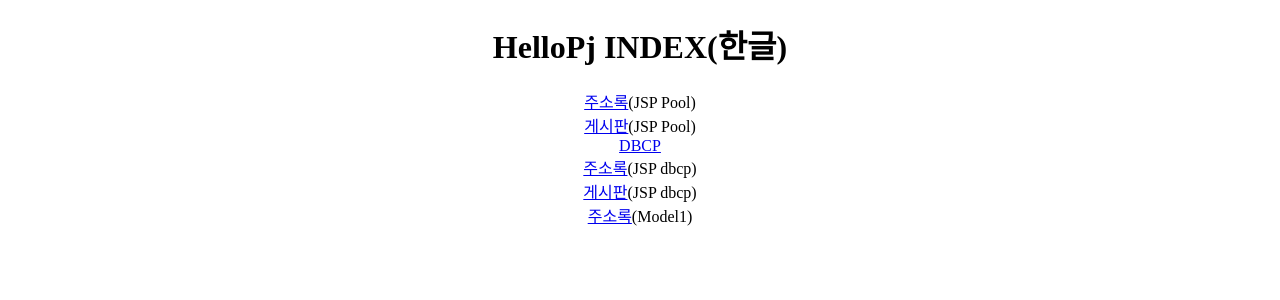
Repository: betweenhj702/Web-App-Server-Practices
Page: http://localhost/HelloPj/
These files come from the project's save history. The page is drawn as it stood at one moment and after the next save; the edit follows.
The browser window is 1280 px wide. The pictures show the whole page.
The page is served by Tomcat 9. Other server files are loaded and not shown.

Above is the page before, as saved 2020-12-30 01:46:03.

### workspace/HelloPj/WebContent/index.jsp
<%@ page language="java" contentType="text/html; charset=UTF-8"
    pageEncoding="UTF-8"%>
<!DOCTYPE html>
<html>
<head>
<meta charset="UTF-8">
<title>HelloPJ index</title>
</head>
<body>
	<div style="text-align:center">
		   <h1>HelloPj INDEX(한글)</h1>
		   <p>
		   	<a href="addr_jsp_pool/list.jsp">주소록</a>(JSP Pool)<br/>
		   	<a href="sm_jsp_pool/list.jsp">게시판</a>(JSP Pool)<br/>
		   	<a href="hello_dbcp.jsp">DBCP</a><br/>
		   	<a href="addr_jsp_dbcp/list.jsp">주소록</a>(JSP dbcp)<br/>
		   	<a href="sm_jsp_dbcp/list.jsp">게시판</a>(JSP dbcp)<br/>

		   	<a href="addr_mv/list.jsp">주소록</a>(Model1)<br/>
		   </p>
		</div>
</body>
</html>

After the next save:
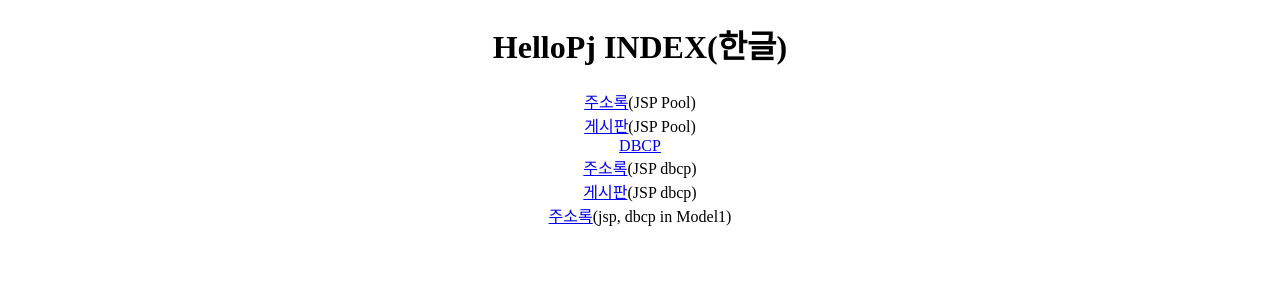
Saved 3 min 7 s later.
--- a/workspace/HelloPj/WebContent/index.jsp
+++ b/workspace/HelloPj/WebContent/index.jsp
@@ -16,7 +16,7 @@
 		   	<a href="addr_jsp_dbcp/list.jsp">주소록</a>(JSP dbcp)<br/>
 		   	<a href="sm_jsp_dbcp/list.jsp">게시판</a>(JSP dbcp)<br/>
 
-		   	<a href="addr_mv/list.jsp">주소록</a>(Model1)<br/>
+		   	<a href="addr_mv/list.jsp">주소록</a>(jsp, dbcp in Model1)<br/>
 		   </p>
 		</div>
 </body>
